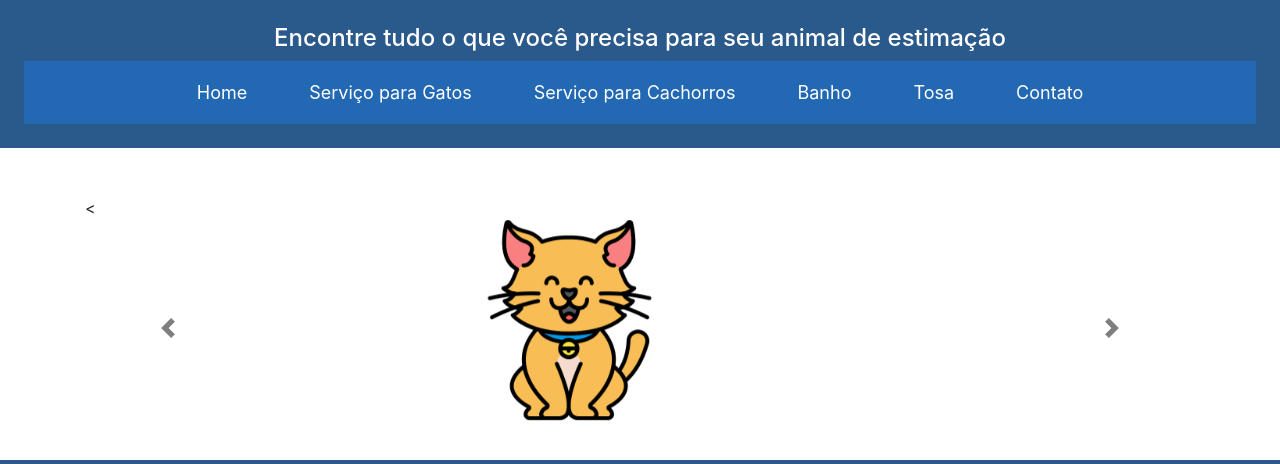
Repository: graeff01/petshop-project
Page: index.html
An editor plug-in stored every save of this project. The page is shown before and after a run of saves, followed by the edit.
The browser window is 1280 px wide. The pictures show the part of the page from y = 0 to 464 px (the page is 1644 px tall before and 1668 px after).
A picture or video elsewhere on the page could not be fetched, so the positions and the page height are approximate.

Above is the page before, as saved 2024-09-18 11:17:50.

After the next 2 saves:
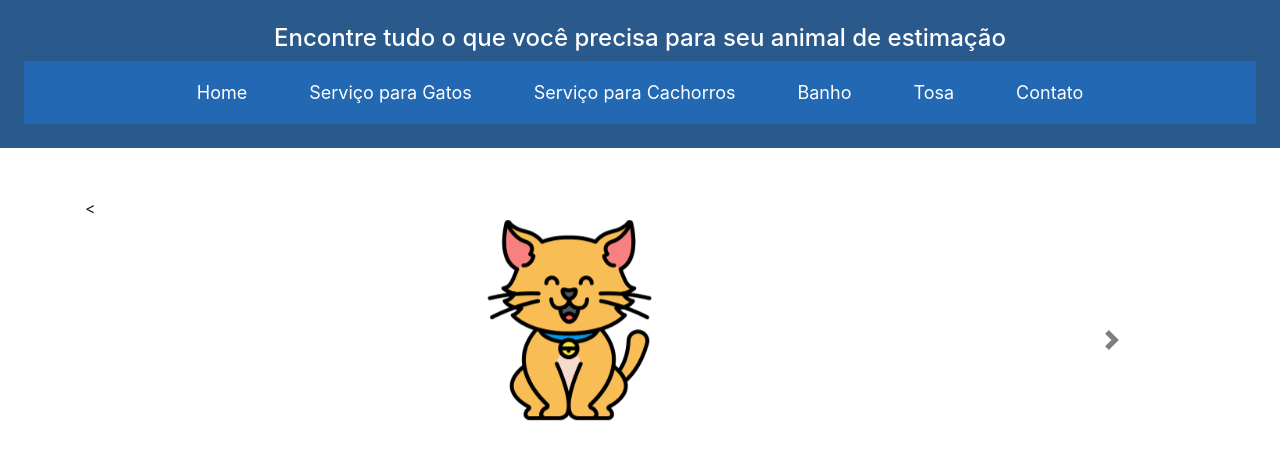
The 2 saves are shown as one change because they came seconds apart.
The last was saved 5 min 22 s later.
--- a/index.html
+++ b/index.html
@@ -55,10 +55,8 @@
                     </a>
                 </div>
             </div>
-            <a class="carousel-control-prev" href="#carouselExampleIndicators" role="button" data-slide="prev">
-                <span class="carousel-control-prev-icon" aria-hidden="true"></span>
-                <span class="sr-only">Previous</span>
-            </a>
+            Fundamentos de Sistemas Web
+
             <a class="carousel-control-next" href="#carouselExampleIndicators" role="button" data-slide="next">
                 <span class="carousel-control-next-icon" aria-hidden="true"></span>
                 <span class="sr-only">Next</span>

After the save that followed:
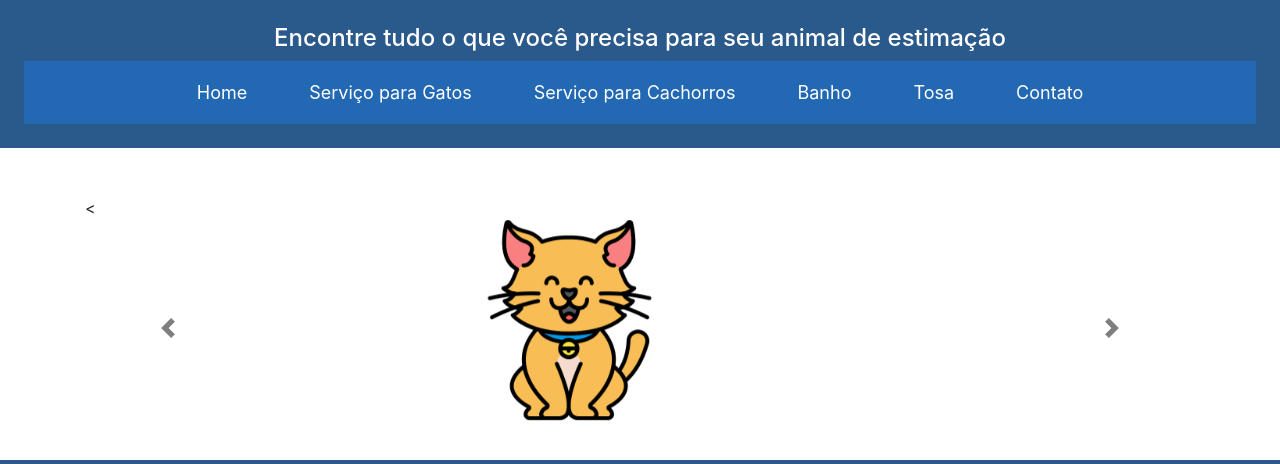
Saved 6 s later.
--- a/index.html
+++ b/index.html
@@ -55,8 +55,10 @@
                     </a>
                 </div>
             </div>
-            Fundamentos de Sistemas Web
-
+            <a class="carousel-control-prev" href="#carouselExampleIndicators" role="button" data-slide="prev">
+                <span class="carousel-control-prev-icon" aria-hidden="true"></span>
+                <span class="sr-only">Previous</span>
+            </a>
             <a class="carousel-control-next" href="#carouselExampleIndicators" role="button" data-slide="next">
                 <span class="carousel-control-next-icon" aria-hidden="true"></span>
                 <span class="sr-only">Next</span>
